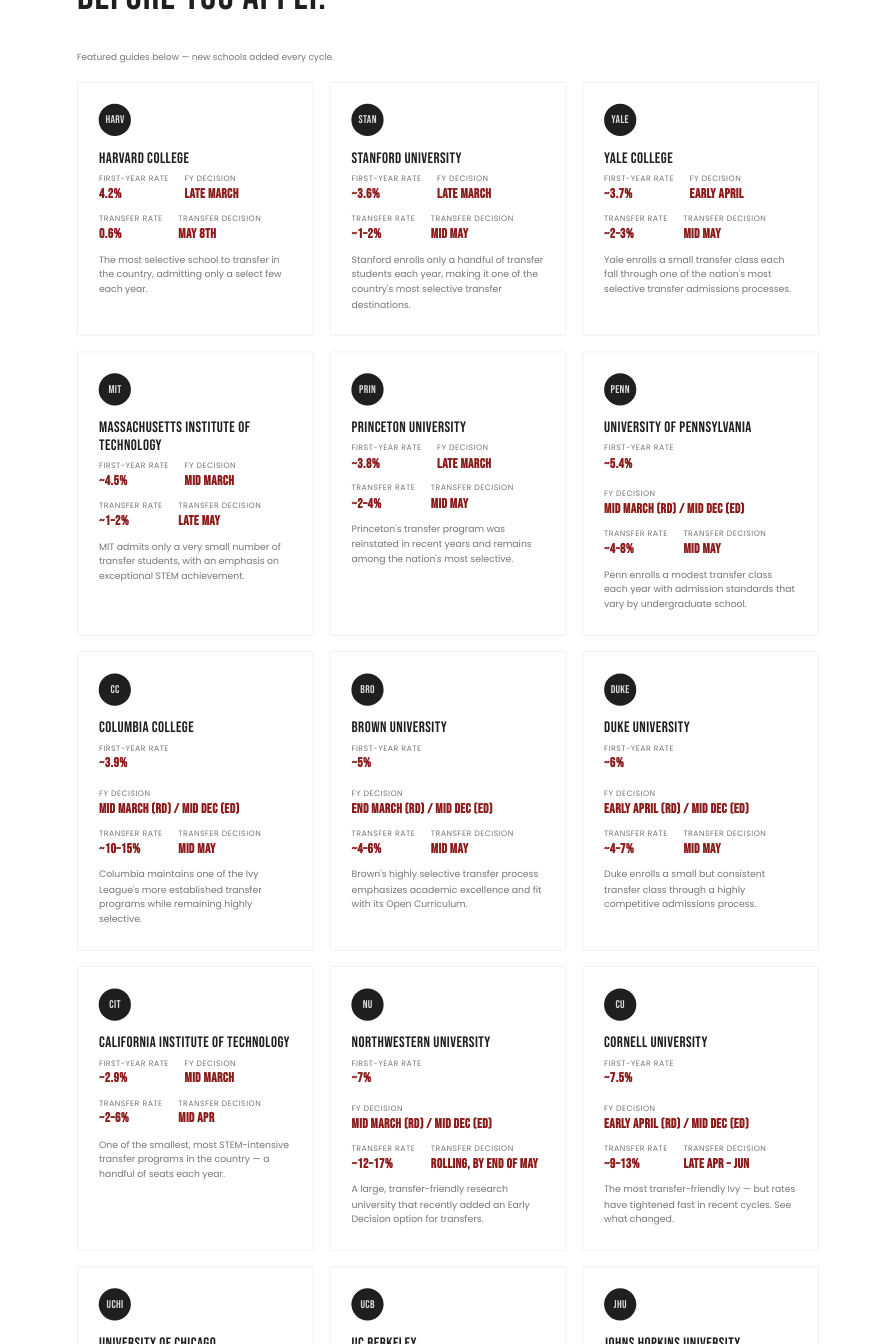
Repository: epeguero8311/cesar
Page: college-guides/index.html
The author's editor kept a copy of each file at every save. The page is drawn from the files as they stood at one save, then again after the next save.
The browser window is 1280 px wide. The pictures show the part of the page from y = 756 to 2676 px (the page is 11782 px tall), at 70% of full size.

Above is the page before, as saved 2026-07-17 14:06:47.

### college-guides/index.html
<!DOCTYPE html>
<html lang="en">
<head>
<meta charset="UTF-8" />
<meta name="viewport" content="width=device-width, initial-scale=1.0" />
<link rel="icon" type="image/png" href="../Untitled_design__1_-removebg-preview.png" />
<title>College Transfer Guides | Full Axis College Consulting</title>
<link rel="preconnect" href="https://fonts.googleapis.com" />
<link rel="preconnect" href="https://fonts.gstatic.com" crossorigin />
<link href="https://fonts.googleapis.com/css2?family=Bebas+Neue&family=Poppins:ital,wght@0,300;0,400;0,500;0,600;0,700;1,400&display=swap" rel="stylesheet" />
<link rel="stylesheet" href="../style.css" />
</head>
<body>

<!-- NAV -->
<nav>
  <div class="nav-brand">
    <a href="../index.html"><img src="../IMG_4736-removebg-preview.png" alt="Full Axis" class="nav-logo-img" /></a>
  </div>
  <button class="nav-burger" id="navBurger" aria-label="Toggle menu" aria-expanded="false">
    <span></span><span></span><span></span>
  </button>

 <ul class="nav-links" id="navLinks">
  <li><a href="../index.html#mission">About</a></li>
  <li><a href="../index.html#team">Team</a></li>
  <li><a href="../index.html#pricing">Packages</a></li>
<li><a href="../transfer-blueprint/index.html">Mission</a></li>
   <li><a href="../college-guides/index.html">College Guides</a></li>
  <li><a href="../kill-board/index.html">Axis Board</a></li>
  <li><a href="../index.html#apply" class="nav-cta">Apply Now</a></li>
</ul>
</nav>
<div class="nav-overlay" id="navOverlay"></div>

<!-- SUB HERO -->
<section class="sub-hero">
  <div class="sub-hero-inner">
    <div class="hero-eyebrow">The Axis Research Desk</div>
    <h1 class="sub-hero-title">College Transfer Guides</h1>
    <div class="hero-rule"></div>
    <p class="sub-hero-sub">Acceptance rates, decision timelines, and exactly what each admissions committee is looking for — for both first-year and transfer applicants — broken down school by school, written by mentors who transferred in themselves.</p>
  </div>
</section>

<section class="tb-section">
  <div class="section-inner">
    <div class="section-label">By The Numbers</div>
    <h2 class="section-title">Know the school<br />before you apply.</h2>

    <div class="guides-toolbar">
      <p class="guides-count">Featured guides below — new schools added every cycle.</p>
    </div>

    <div class="guides-grid reveal" id="guides-grid">
      <!-- cards injected by JS from guides-data.json -->
    </div>

  </div>
</section>

<!-- CTA -->
<section id="apply">
  <div class="section-inner">
    <div class="apply-grid reveal">
      <div>
        <h2 class="apply-title">Find your <em>target list</em><br />with a mentor.</h2>
        <p class="apply-sub">These guides tell you the odds. A mentor tells you how to beat them. Submit your application and a member of our team will reach out within 48 hours.</p>
      </div>
      <div class="apply-box">
        <div class="apply-icon">
          <svg viewBox="0 0 24 24"><path d="M9 12l2 2 4-4M21 12a9 9 0 11-18 0 9 9 0 0118 0z"/></svg>
        </div>
        <h3>Apply Now</h3>
        <p>Complete our short intake form. Every application is reviewed personally by our team.</p>
        <a href="https://docs.google.com/forms/d/e/1FAIpQLSdoFQlOemhVGL9cHiw1zWZMkfWvCgZNxgydIc3T4HkZGuN4dA/viewform?usp=header"
        target="_blank" rel="noopener noreferrer" class="btn-apply">Begin Your Application →</a>
        <p class="apply-fine">Beta Cycle — 2026–2027 Admissions Year</p>
      </div>
    </div>
  </div>
</section>

<!-- FOOTER -->
<footer>
  <div class="ft-logo"> <span></span></div>
  <div class="ft-note">Full Axis is currently operating in its beta cycle for the 2026–2027 admissions year. Prestige-focused, major-specific admissions advisory.</div>
  <div class="ft-right">
    <div class="ft-social">
      <a href="https://www.instagram.com/fullaxisconsulting?igsh=MTVjaGZybGl2OHJxNw==" target="_blank" rel="noopener noreferrer" aria-label="Instagram">
        <svg viewBox="0 0 24 24" stroke="white" fill="none" stroke-width="1.8" stroke-linecap="round" stroke-linejoin="round">
          <rect x="2" y="2" width="20" height="20" rx="5" ry="5"/>
          <circle cx="12" cy="12" r="4"/>
          <circle cx="17.5" cy="6.5" r="0.5" fill="white" stroke="none"/>
        </svg>
      </a>
      <a href="https://www.tiktok.com/@fullaxiscc?_r=1&_t=ZP-95ywb3mjwBK" target="_blank" rel="noopener noreferrer" aria-label="TikTok">
        <svg viewBox="0 0 24 24" fill="white" stroke="none">
          <path d="M19.59 6.69a4.83 4.83 0 01-3.77-4.25V2h-3.45v13.67a2.89 2.89 0 01-2.88 2.5 2.89 2.89 0 01-2.89-2.89 2.89 2.89 0 012.89-2.89c.28 0 .54.04.79.1V9.01a6.33 6.33 0 00-.79-.05 6.34 6.34 0 00-6.34 6.34 6.34 6.34 0 006.34 6.34 6.34 6.34 0 006.33-6.34V8.69a8.24 8.24 0 004.84 1.56V6.81a4.85 4.85 0 01-1.07-.12z"/>
        </svg>
      </a>
    </div>
    <div class="ft-copy">© 2026 Full Axis</div>
  </div>
</footer>
<style>
.ft-right{display:flex;flex-direction:column;align-items:flex-end;gap:0.75rem}
@media(max-width:580px){.ft-right{align-items:center}}
.guide-card .guide-stat-row + .guide-stat-row{margin-top:0.4rem}
</style>

<script src="../main.js"></script>
<script>
(async function () {
  const grid = document.getElementById('guides-grid');
  try {
    const res = await fetch('guides-data.json');
    const data = await res.json();

    const cardsHtml = Object.values(data).map(school => `
      <a href="guide.html?school=${encodeURIComponent(school.slug)}" class="guide-card">
        <div class="guide-crest">${school.crest}</div>
        <h3>${school.name}</h3>
        <div class="guide-stat-row">
          <div class="guide-stat">First-Year Rate<strong>${school.firstYear.rate}</strong></div>
          <div class="guide-stat">FY Decision<strong>${school.firstYear.decisionsReleased}</strong></div>
        </div>
        <div class="guide-stat-row">
          <div class="guide-stat">Transfer Rate<strong>${school.transfer.rate}</strong></div>
          <div class="guide-stat">Transfer Decision<strong>${school.transfer.decisionsReleased}</strong></div>
        </div>
        <p>${school.blurb}</p>
      </a>
    `).join('');

    grid.innerHTML = cardsHtml + `
      <div class="guide-card-more">
        More guides — new schools not yet listed above are on deck. Ask your mentor for the school-specific breakdown in the meantime.
      </div>
    `;
  } catch (err) {
    console.error('Failed to load guides data:', err);
    grid.innerHTML = '<p>Guides are temporarily unavailable — please check back shortly.</p>';
  }
})();
</script>
</body>
</html>

Loaded but not shown: college-guides/guides-data.json (4095 lines, source omitted); main.js (32 lines, source omitted); style.css (571 lines, source omitted)

After the next save:
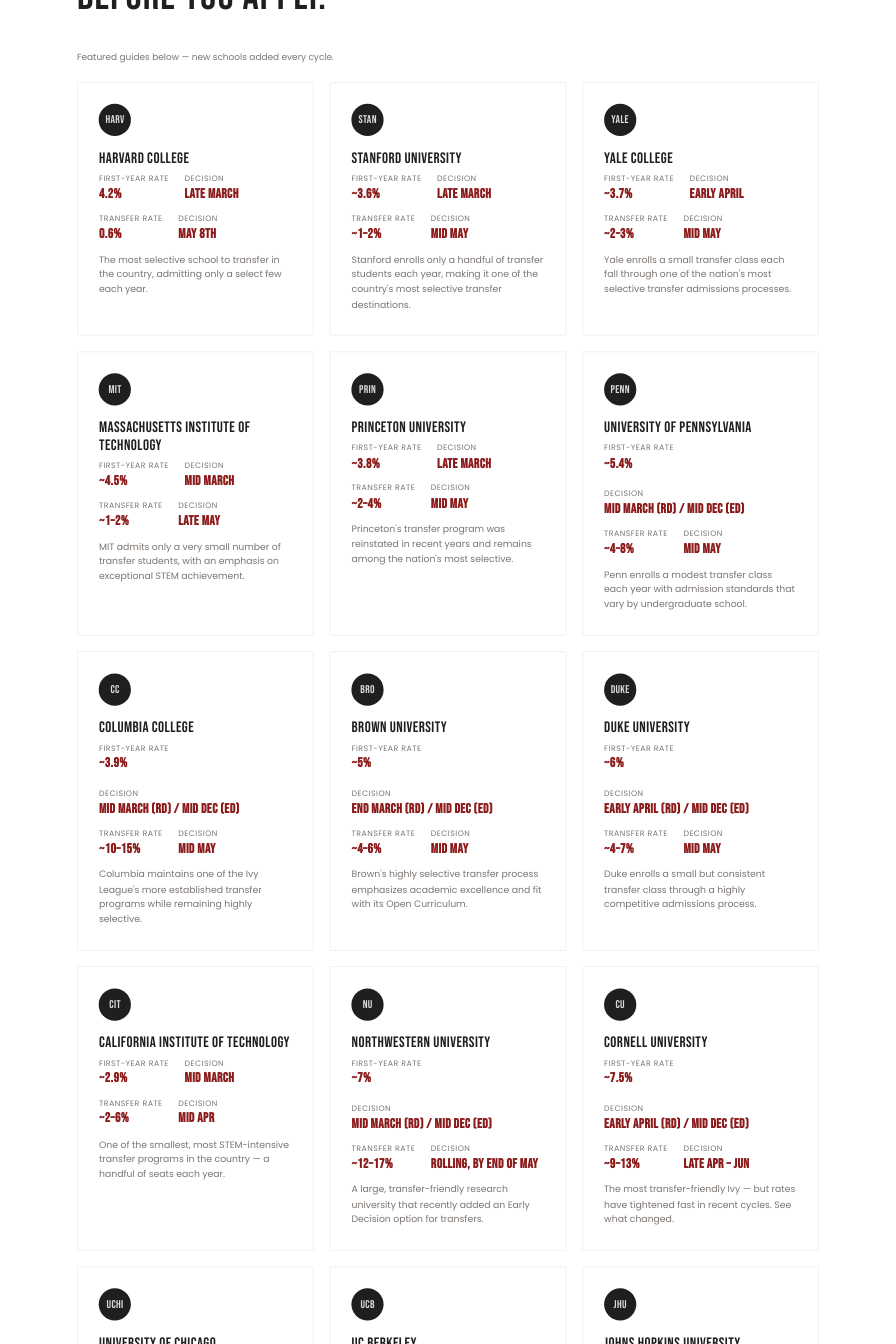
Saved 2 days later.
--- a/college-guides/index.html
+++ b/college-guides/index.html
@@ -4,7 +4,7 @@
 <meta charset="UTF-8" />
 <meta name="viewport" content="width=device-width, initial-scale=1.0" />
 <link rel="icon" type="image/png" href="../Untitled_design__1_-removebg-preview.png" />
-<title>College Transfer Guides | Full Axis College Consulting</title>
+<title>College Transfer Guides | Full Axis College Consulting </title>
 <link rel="preconnect" href="https://fonts.googleapis.com" />
 <link rel="preconnect" href="https://fonts.gstatic.com" crossorigin />
 <link href="https://fonts.googleapis.com/css2?family=Bebas+Neue&family=Poppins:ital,wght@0,300;0,400;0,500;0,600;0,700;1,400&display=swap" rel="stylesheet" />
@@ -123,11 +123,11 @@
         <h3>${school.name}</h3>
         <div class="guide-stat-row">
           <div class="guide-stat">First-Year Rate<strong>${school.firstYear.rate}</strong></div>
-          <div class="guide-stat">FY Decision<strong>${school.firstYear.decisionsReleased}</strong></div>
+          <div class="guide-stat">Decision<strong>${school.firstYear.decisionsReleased}</strong></div>
         </div>
         <div class="guide-stat-row">
           <div class="guide-stat">Transfer Rate<strong>${school.transfer.rate}</strong></div>
-          <div class="guide-stat">Transfer Decision<strong>${school.transfer.decisionsReleased}</strong></div>
+          <div class="guide-stat">Decision<strong>${school.transfer.decisionsReleased}</strong></div>
         </div>
         <p>${school.blurb}</p>
       </a>
@@ -138,6 +138,7 @@
         More guides — new schools not yet listed above are on deck. Ask your mentor for the school-specific breakdown in the meantime.
       </div>
     `;
+    grid.classList.add('in');
   } catch (err) {
     console.error('Failed to load guides data:', err);
     grid.innerHTML = '<p>Guides are temporarily unavailable — please check back shortly.</p>';
